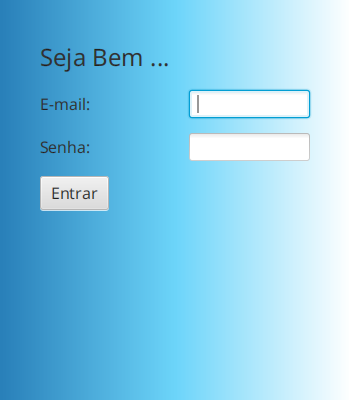
Repository: vitmac1/eclipse-workspace-project
Program's window: java exercicios-javafx/src/fxml/AppFXML.java
These files come from the project's save history. The program's window is drawn as it stood at one moment and after the next save; the edit follows.
It runs on Java 21 on a 1366 x 768 screen with JavaFX 11; the title bar is not drawn.

Above is the program's window before, as saved 2022-10-21 19:44:58.

After the next save:
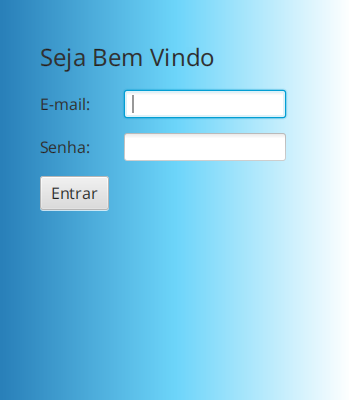
Saved 46 s later.
--- a/exercicios-javafx/src/fxml/Login.fxml
+++ b/exercicios-javafx/src/fxml/Login.fxml
@@ -14,7 +14,9 @@
 
 	<Label text="Seja Bem Vindo"
 		styleClass="login-titulo"
-		GridPane.columnIndex="0" GridPane.rowIndex="0"></Label>
+		GridPane.columnIndex="0" GridPane.rowIndex="0"
+		GridPane.columnSpan="2"></Label>
+
 
 	<Label text="E-mail: "
 		styleClass="login-form-label"
